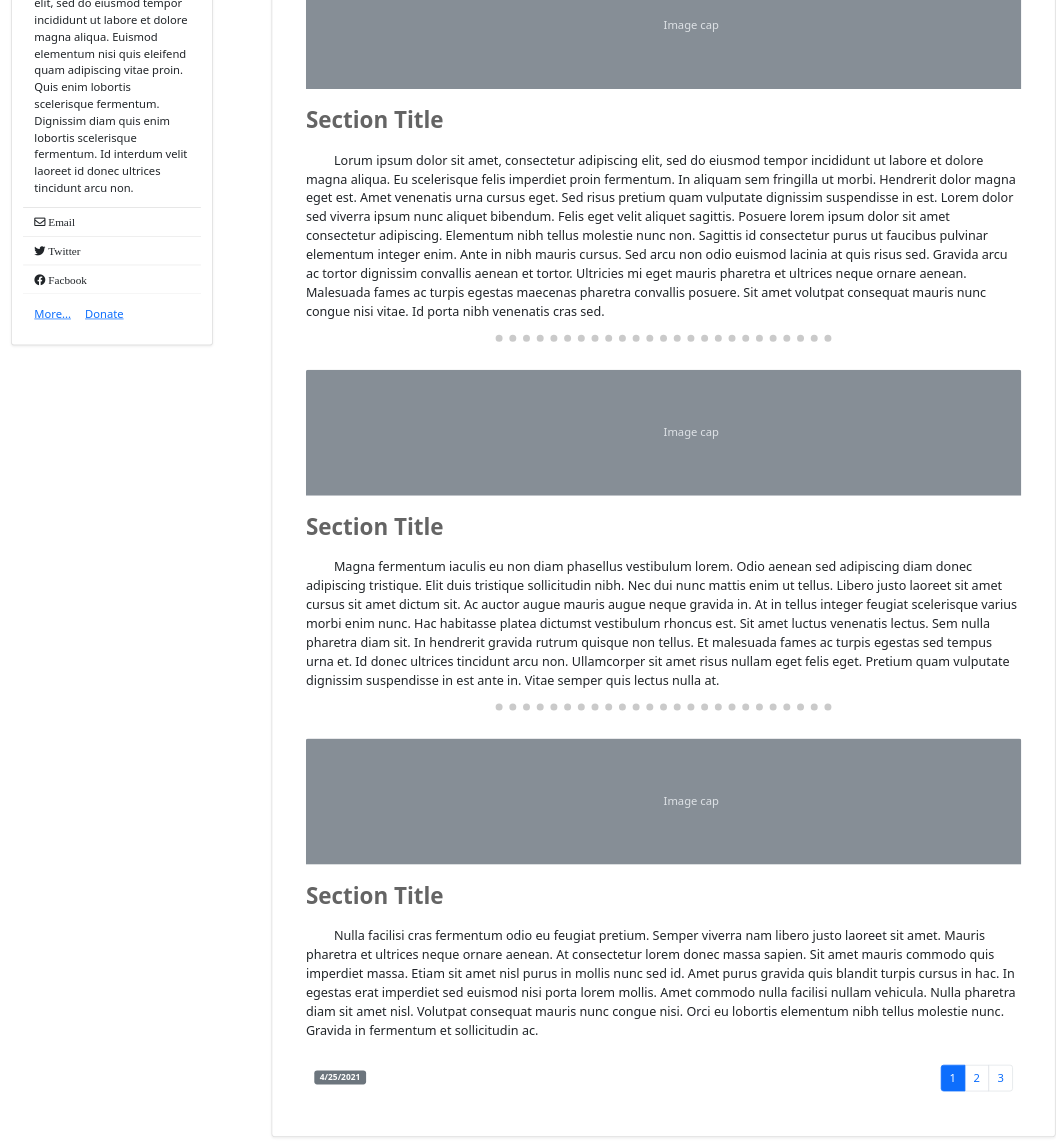
Repository: LublubXT/Azi-Tec-Team
Page: views/templates/blogs/personalblog/home.html
These files come from the project's save history. The page is drawn as it stood at one moment and after the next save; the edit follows.
The browser window is 1280 px wide. The page is 1508 px wide, so the pictures cover 1508 px, including what lies to the right of the window. The pictures show the part of the page from y = 1023 to 2663 px (the page is 2663 px tall before and 2593 px after), at 70% of full size.

Above is the page before, as saved 2021-03-11 12:19:44.

### views/templates/blogs/personalblog/home.html
<!DOCTYPE html>
<html lang="en">

    <head>
        <meta charset="UTF-8">
        <meta http-equiv="X-UA-Compatible" content="IE=edge">
        <meta name="viewport" content="width=device-width, initial-scale=1.0">

        <!-- import style sheet file -->
        <link rel="stylesheet" href="css/style.css">
        <link rel="stylesheet" href="css/bootstrap.min.css">
        <link rel="stylesheet" href="fontawesome/css/all.css">


        <title>My Blog</title>
    </head>

    <body>
        <div class="header imgDiv">
            <nav class="navbar navbar-expand-lg navbar-light fixed-top shadow-sm" style="background-color: #fff;">
                <div class="container-fluid">
                    <a class="navbar-brand" href="#">My Blog</a>
                    <button class="navbar-toggler" type="button" data-bs-toggle="collapse"
                        data-bs-target="#navbarNavAltMarkup" aria-controls="navbarNavAltMarkup" aria-expanded="false"
                        aria-label="Toggle navigation">
                        <span class="navbar-toggler-icon"></span>
                    </button>
                    <div class="collapse navbar-collapse float-end" id="navbarNavAltMarkup">
                        <div class="navbar-nav float-end">
                            <a class="nav-link active" aria-current="page" href="#">Home</a>
                            <a class="nav-link" href="#">Posts</a>
                            <a class="nav-link" href="#">Donate</a>
                        </div>
                    </div>
                </div>
            </nav>
            <p class="card-text position-absolute top-50 end-50 text-light">Image
                cap</p>
        </div>

        <div>
            <div style="width: 100%;" class="grid-container tab-content">

                <div class="card mx-3 my-3 shadow-sm grid-child p-3" style="width: 18rem; height: 700px; ">
                    <svg class="bd-placeholder-img card-img-top" width="100%" height="180"
                        xmlns="http://www.w3.org/2000/svg" role="img" aria-label="Placeholder: Image cap"
                        preserveAspectRatio="xMidYMid slice" focusable="true">
                        <title>Placeholder</title>
                        <rect width="100%" height="100%" fill="#868e96"></rect><text x="40%" y="50%" fill="#dee2e6"
                            dy=".3em">Image
                            cap</text>
                    </svg>
                    <div class="card-body">
                        <h5 class="card-title" style="text-align: center;">About me</h5>
                        <hr>
                        <p class="card-text"><span class="tab"></span>Lorem ipsum dolor sit amet, consectetur adipiscing
                            elit, sed do eiusmod
                            tempor
                            incididunt ut labore et dolore magna
                            aliqua. Euismod elementum nisi quis eleifend quam adipiscing vitae proin. Quis enim lobortis
                            scelerisque fermentum.
                            Dignissim diam quis enim lobortis scelerisque fermentum. Id interdum velit laoreet id donec
                            ultrices tincidunt arcu non.</p>
                    </div>
                    <ul class="list-group list-group-flush">
                        <li class="list-group-item"><i class="far fa-envelope"> Email</i></li>
                        <li class="list-group-item"><i class="fab fa-twitter"> Twitter</i></li>
                        <li class="list-group-item"><i class="fab fa-facebook"> Facbook</i></li>
                    </ul>
                    <div class="card-body">
                        <a href="#" class="card-link">More...</a>
                        <a href="#" class="card-link">Donate</a>
                    </div>
                </div>
                <div class="card mx-5 my-3 float-end shadow-sm grid-child p-5 tab-pane fade show active"
                    style="width: 70rem; height: auto;" id="pills-1" role="tabpanel" aria-labelledby="pills-1-tab">
                    <h1 class="blog_title">Blog Post Title</h1>
                    <hr>
                    <svg class="bd-placeholder-img card-img-top" width="100%" height="180"
                        xmlns="http://www.w3.org/2000/svg" role="img" aria-label="Placeholder: Image cap"
                        preserveAspectRatio="xMidYMid slice" focusable="true">
                        <title>Placeholder</title>
                        <rect width="100%" height="100%" fill="#868e96"></rect><text x="50%" y="50%" fill="#dee2e6"
                            dy=".3em">Image
                            cap</text>
                    </svg>
                    <p class="main_title">Section Title</p>
                    <p class="text-dark main_p"><span class="tab"></span> Lorum ipsum dolor sit amet, consectetur
                        adipiscing
                        elit,
                        sed do eiusmod
                        tempor
                        incididunt ut labore et dolore magna
                        aliqua. Eu scelerisque felis imperdiet proin fermentum. In aliquam sem fringilla ut morbi.
                        Hendrerit
                        dolor magna eget
                        est. Amet venenatis urna cursus eget. Sed risus pretium quam vulputate dignissim suspendisse in
                        est.
                        Lorem dolor sed
                        viverra ipsum nunc aliquet bibendum. Felis eget velit aliquet sagittis. Posuere lorem ipsum
                        dolor
                        sit amet consectetur
                        adipiscing. Elementum nibh tellus molestie nunc non. Sagittis id consectetur purus ut faucibus
                        pulvinar elementum
                        integer enim. Ante in nibh mauris cursus. Sed arcu non odio euismod lacinia at quis risus sed.
                        Gravida arcu ac tortor
                        dignissim convallis aenean et tortor. Ultricies mi eget mauris pharetra et ultrices neque ornare
                        aenean. Malesuada fames
                        ac turpis egestas maecenas pharetra convallis posuere. Sit amet volutpat consequat mauris nunc
                        congue nisi vitae. Id
                        porta nibh venenatis cras sed.
                    </p>
                    <hr class="blog_hr" style="margin: auto; margin-top: 20px; margin-bottom: 40px;">
                    <svg class="bd-placeholder-img card-img-top" width="100%" height="180"
                        xmlns="http://www.w3.org/2000/svg" role="img" aria-label="Placeholder: Image cap"
                        preserveAspectRatio="xMidYMid slice" focusable="true">
                        <title>Placeholder</title>
                        <rect width="100%" height="100%" fill="#868e96"></rect><text x="50%" y="50%" fill="#dee2e6"
                            dy=".3em">Image
                            cap</text>
                    </svg>
                    <p class="main_title">Section Title</p>
                    <p class="text-dark main_p"><span class="tab"></span>
                        Magna fermentum iaculis eu non diam phasellus vestibulum lorem. Odio aenean sed adipiscing diam
                        donec adipiscing
                        tristique. Elit duis tristique sollicitudin nibh. Nec dui nunc mattis enim ut tellus. Libero
                        justo
                        laoreet sit amet
                        cursus sit amet dictum sit. Ac auctor augue mauris augue neque gravida in. At in tellus integer
                        feugiat scelerisque
                        varius morbi enim nunc. Hac habitasse platea dictumst vestibulum rhoncus est. Sit amet luctus
                        venenatis lectus. Sem
                        nulla pharetra diam sit. In hendrerit gravida rutrum quisque non tellus. Et malesuada fames ac
                        turpis egestas sed tempus
                        urna et. Id donec ultrices tincidunt arcu non. Ullamcorper sit amet risus nullam eget felis
                        eget.
                        Pretium quam vulputate
                        dignissim suspendisse in est ante in. Vitae semper quis lectus nulla at.
                    </p>
                    <hr class="blog_hr" style="margin: auto; margin-top: 20px; margin-bottom: 40px;">
                    <svg class="bd-placeholder-img card-img-top" width="100%" height="180"
                        xmlns="http://www.w3.org/2000/svg" role="img" aria-label="Placeholder: Image cap"
                        preserveAspectRatio="xMidYMid slice" focusable="true">
                        <title>Placeholder</title>
                        <rect width="100%" height="100%" fill="#868e96"></rect><text x="50%" y="50%" fill="#dee2e6"
                            dy=".3em">Image
                            cap</text>
                    </svg>
                    <p class="main_title">Section Title</p>
                    <p class="text-dark main_p"><span class="tab"></span>
                        Nulla facilisi cras fermentum odio eu feugiat pretium. Semper viverra nam libero justo laoreet
                        sit
                        amet. Mauris pharetra
                        et ultrices neque ornare aenean. At consectetur lorem donec massa sapien. Sit amet mauris
                        commodo
                        quis imperdiet massa.
                        Etiam sit amet nisl purus in mollis nunc sed id. Amet purus gravida quis blandit turpis cursus
                        in
                        hac. In egestas erat
                        imperdiet sed euismod nisi porta lorem mollis. Amet commodo nulla facilisi nullam vehicula.
                        Nulla
                        pharetra diam sit amet
                        nisl. Volutpat consequat mauris nunc congue nisi. Orci eu lobortis elementum nibh tellus
                        molestie
                        nunc. Gravida in
                        fermentum et sollicitudin ac.
                    </p>
                    <div class="container" style="margin: auto;">
                        <div class="row">
                            <div class="col">

                                <span class="badge bg-secondary my-4">4/25/2021</span>

                            </div>

                            <div class="col">
                                <nav aria-label="Page navigation example">
                                    <ul class="pagination my-3 float-end" id="pills-tab" role="tablist">

                                        <li class="page-item active" role="presentation"><a class="page-link"
                                                id="pills-1-tab" data-bs-toggle="pill" data-bs-target="#pills-1"
                                                type="button" role="tab" aria-controls="pills-1"
                                                aria-selected="true">1</a></li>
                                        <li class="page-item" role="presentation"><a class="page-link" id="pills-2-tab"
                                                data-bs-toggle="pill" data-bs-target="#pills-2" type="button" role="tab"
                                                aria-controls="pills-2" aria-selected="true">2</a></li>
                                        <li class="page-item" role="presentation"><a class="page-link" id="pills-3-tab"
                                                data-bs-toggle="pill" data-bs-target="#pills-3" type="button" role="tab"
                                                aria-controls="pills-3" aria-selected="true">3</a></li>

                                    </ul>
                                </nav>
                            </div>

                        </div>
                    </div>
                </div>

            </div>
        </div>

    </body>

</html>

### views/templates/blogs/personalblog/css/style.css
body {
    margin: 0px;
    padding: 0px;
}

.header {
    max-width: 100%;
    height: 50rem;
}

.imgDiv {
    background-color: #868e96;
}



.mainlink {
    color: white;
    font-family: 'Courier New', Courier, monospace;
    font-weight: bolder;
    /* background: transparent; */
    font-size: xx-large;
    text-decoration: none;
    float: left;
    margin: 10px;
}

.link {
    color: white;
    font-family: 'Courier New', Courier, monospace;
    font-weight: bolder;
    background: transparent;
    font-size: large;
    float: right;
    margin: 10px;
    margin-left: 10px;
    text-decoration: none;
}

.main_p {
    color: rgb(100, 100, 100);
    font-size: large;
    font-weight: 400;
    margin-top: 20px;
    margin-bottom: 20px;
}

.tab {
    margin-left: 40px;
}

.main_title {
    color: rgb(100, 100, 100);
    font-size: xx-large;
    font-weight: bold;
    margin-top: 20px;
    margin-bottom: 20px;
}

.blog_title {
    text-align: center;
    color: rgb(150, 150, 150);
    margin-top: 20px;
    margin-bottom: 20px;
}

.blog_hr {
    color: rgb(50, 50, 50);
    background: transparent;
    border-top: 10px dotted rgb(50, 50, 50);
    border-left: none;
    border-right: none;
    border-bottom: none;
    margin: auto;
    margin-top: 20px;
    margin-bottom: 40px;
    width: 30rem;
}

.grid-container {
    display: grid;
    grid-template-columns: 1fr 1fr;
    grid-gap: 20px;
}

Loaded but not shown: views/templates/blogs/personalblog/css/bootstrap.min.css (library); views/templates/blogs/personalblog/fontawesome/css/all.css (library)

After the next save:
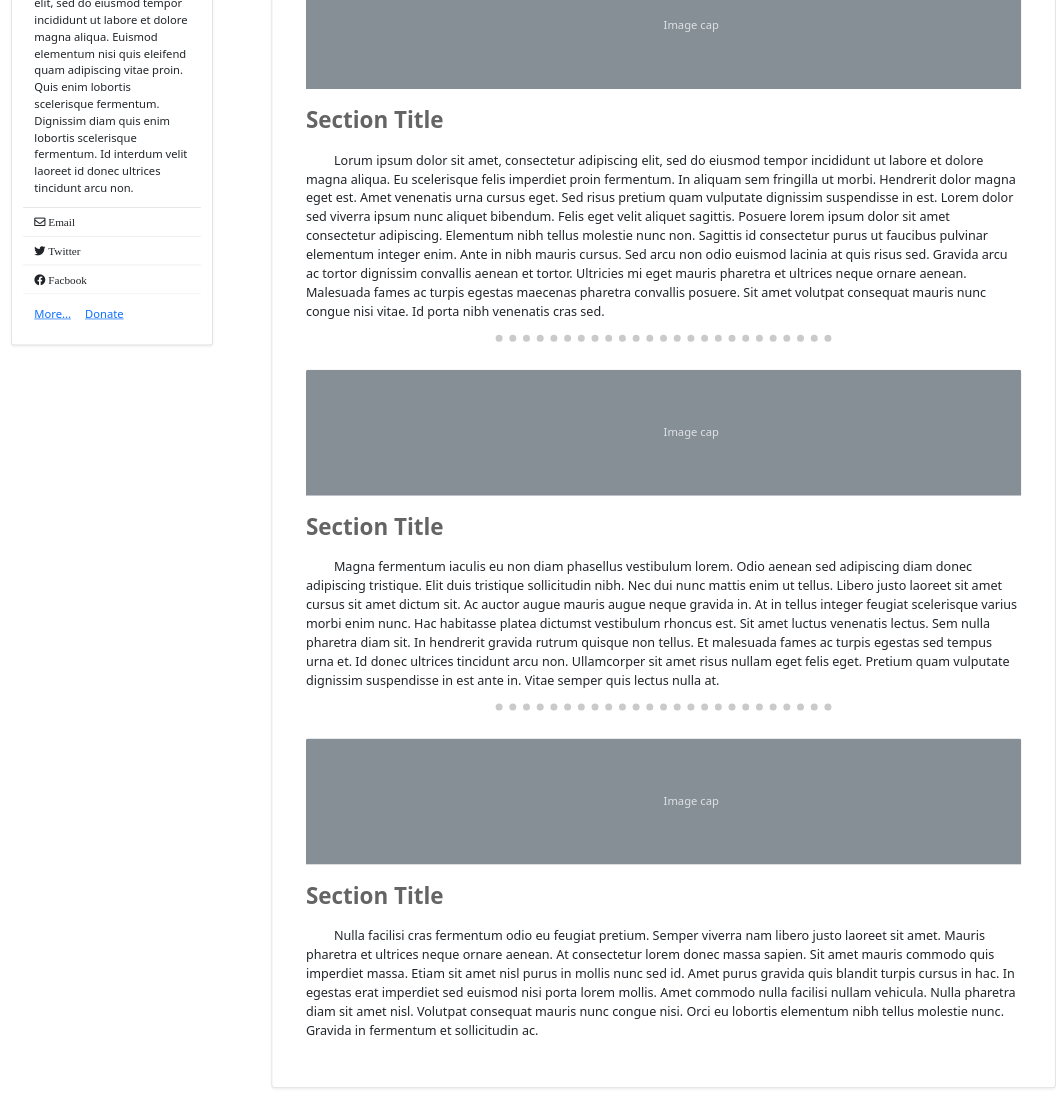
Saved 19 s later.
--- a/views/templates/blogs/personalblog/home.html
+++ b/views/templates/blogs/personalblog/home.html
@@ -165,34 +165,6 @@
                         nunc. Gravida in
                         fermentum et sollicitudin ac.
                     </p>
-                    <div class="container" style="margin: auto;">
-                        <div class="row">
-                            <div class="col">
-
-                                <span class="badge bg-secondary my-4">4/25/2021</span>
-
-                            </div>
-
-                            <div class="col">
-                                <nav aria-label="Page navigation example">
-                                    <ul class="pagination my-3 float-end" id="pills-tab" role="tablist">
-
-                                        <li class="page-item active" role="presentation"><a class="page-link"
-                                                id="pills-1-tab" data-bs-toggle="pill" data-bs-target="#pills-1"
-                                                type="button" role="tab" aria-controls="pills-1"
-                                                aria-selected="true">1</a></li>
-                                        <li class="page-item" role="presentation"><a class="page-link" id="pills-2-tab"
-                                                data-bs-toggle="pill" data-bs-target="#pills-2" type="button" role="tab"
-                                                aria-controls="pills-2" aria-selected="true">2</a></li>
-                                        <li class="page-item" role="presentation"><a class="page-link" id="pills-3-tab"
-                                                data-bs-toggle="pill" data-bs-target="#pills-3" type="button" role="tab"
-                                                aria-controls="pills-3" aria-selected="true">3</a></li>
-
-                                    </ul>
-                                </nav>
-                            </div>
-
-                        </div>
                     </div>
                 </div>
 
